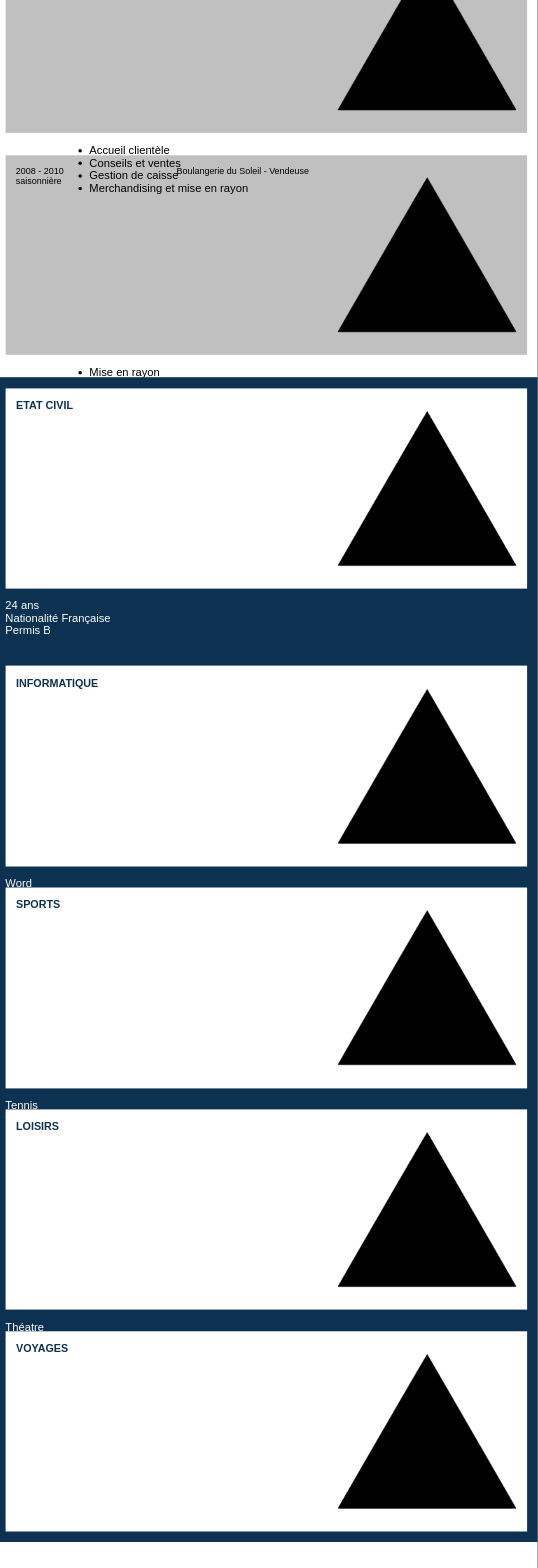
Repository: evalwebmeteofullstack/Gestion_meteo
Page: Notes/Exercices/static/ExoCV/CV.html
The author's editor kept a copy of each file at every save. The page is drawn from the files as they stood at one save, then again after the next save.
The browser window is 768 px wide. The pictures show the part of the page from y = 827 to 3067 px (the page is 3067 px tall before and 3047 px after), at 70% of full size.
The first `#CkCiv` is checked.

Above is the page before, as saved 2019-01-29 16:15:54.

After the next save:
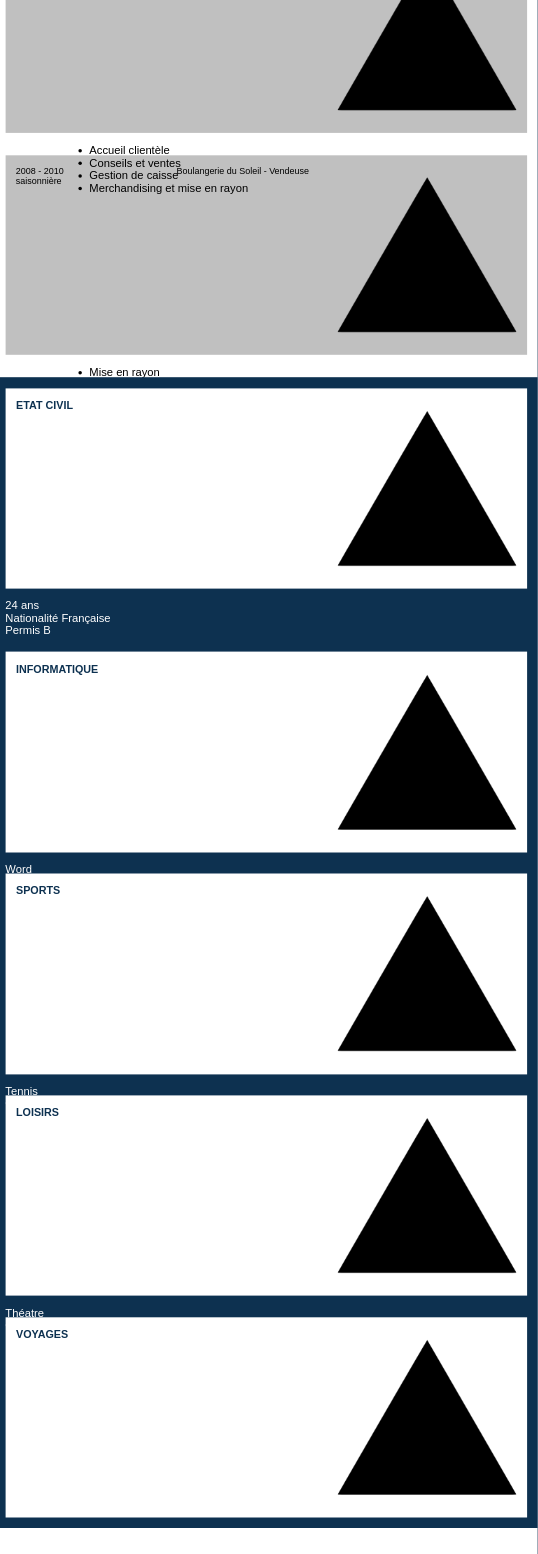
Saved 66 s later.
--- a/Notes/Exercices/static/ExoCV/StyleCV.css
+++ b/Notes/Exercices/static/ExoCV/StyleCV.css
@@ -217,33 +217,33 @@ input[type=checkbox] {
 		visibility: hidden;
 	}
 	#CkCiv:checked+#divPCiv {
-		height: 80px;
+		height: 60px;
 		/*opacity: 1;*/
 		transition: 1s;
 		visibility: visible;
 	}
 	#CkInfo:checked+#divPInfo {
-		height: 80px;
+		height: 60px;
 		/*opacity: 1;*/
 		transition: 1s;
 		visibility: visible;
 	}
 	#CkSport:checked+#divPSport {
-		height: 80px;
+		height: 60px;
 		/*opacity: 1;*/
 		transition: 1s;
 		visibility: visible;
 	}
 	#CkLoisir:checked+#divPLoisir {
-		height: 80px;
+		height: 60px;
 		/*opacity: 1;*/
 		transition: 1s;
 		visibility: visible;
 	}
 	#CkVoyage:checked+#divPVoyage {
-		height: 80px;
-		/*opacity: 1;*/
-		transition: 1s;
-		visibility: visible;
-	}
-}
+		height: 60px;
+		/*opacity: 1;*/
+		transition: 1s;
+		visibility: visible;
+	}
+}
